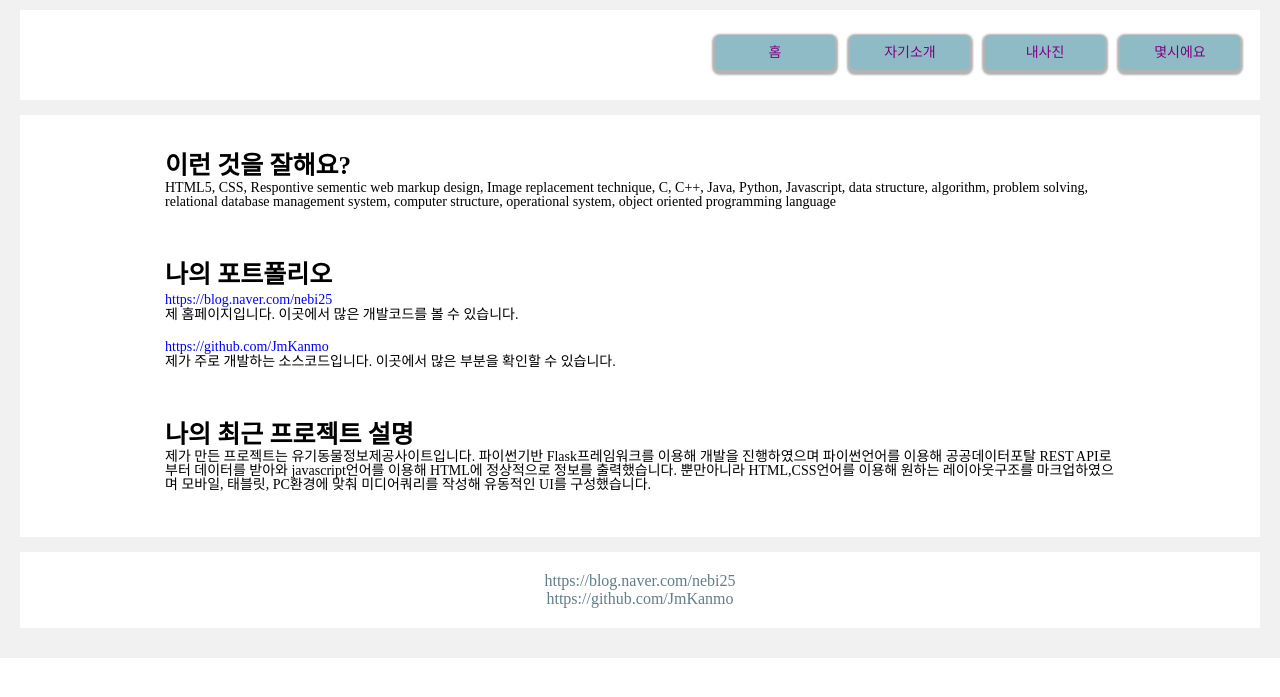
Repository: JmKanmo/BoostCourse_WebProgramming
Page: aboutme/WebContent/aboutme.html
These files come from the project's save history. The page is drawn as it stood at one moment and after the next save; the edit follows.
The browser window is 1280 px wide. The pictures show the whole page.

Above is the page before, as saved 2020-01-15 23:25:40.

After the next save:
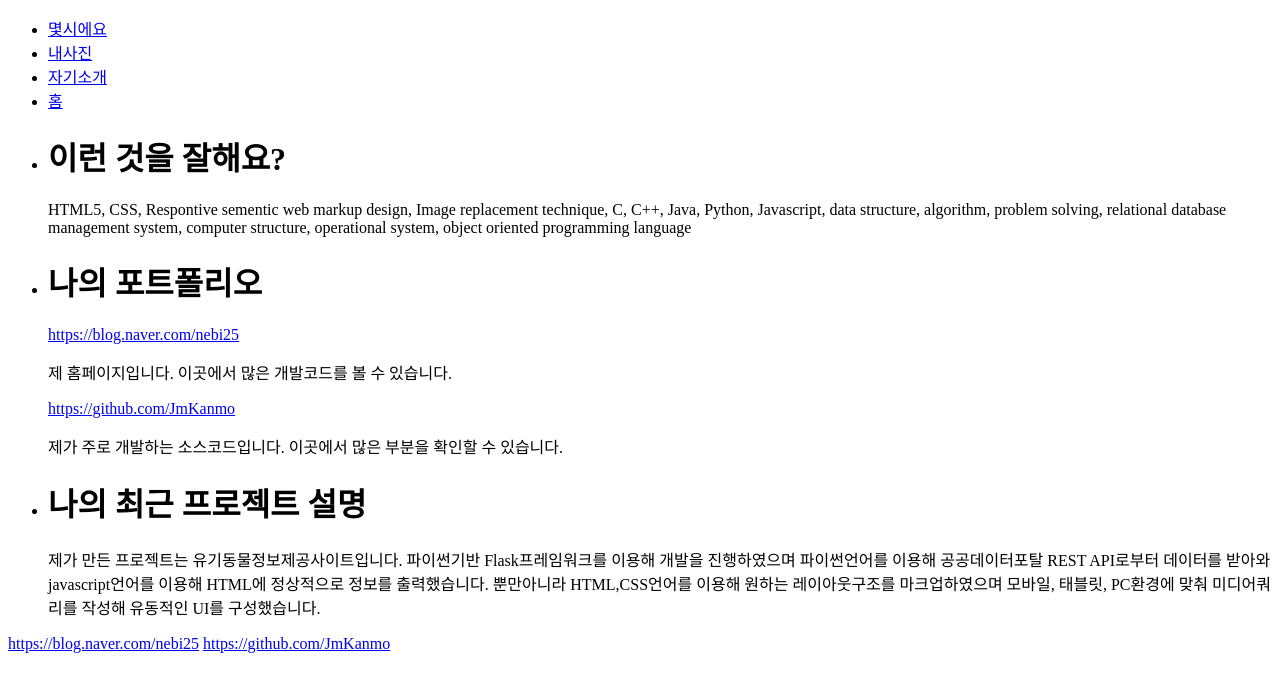
Not found: aboutme/WebContent/WebContent/css/aboutme.css
Saved 58 s later.
--- a/aboutme/WebContent/aboutme.html
+++ b/aboutme/WebContent/aboutme.html
@@ -6,7 +6,7 @@
 <meta name="viewport" content="width=device-width, initial-scale=1.0">
 <meta http-equiv="X-UA-Compatible" content="ie=edge">
 <title>자기소개 페이지</title>
-<link rel="stylesheet" href="/css/aboutme.css">
+<link rel="stylesheet" href="./WebContent/css/aboutme.css">
 
 </head>
 

After the save that followed:
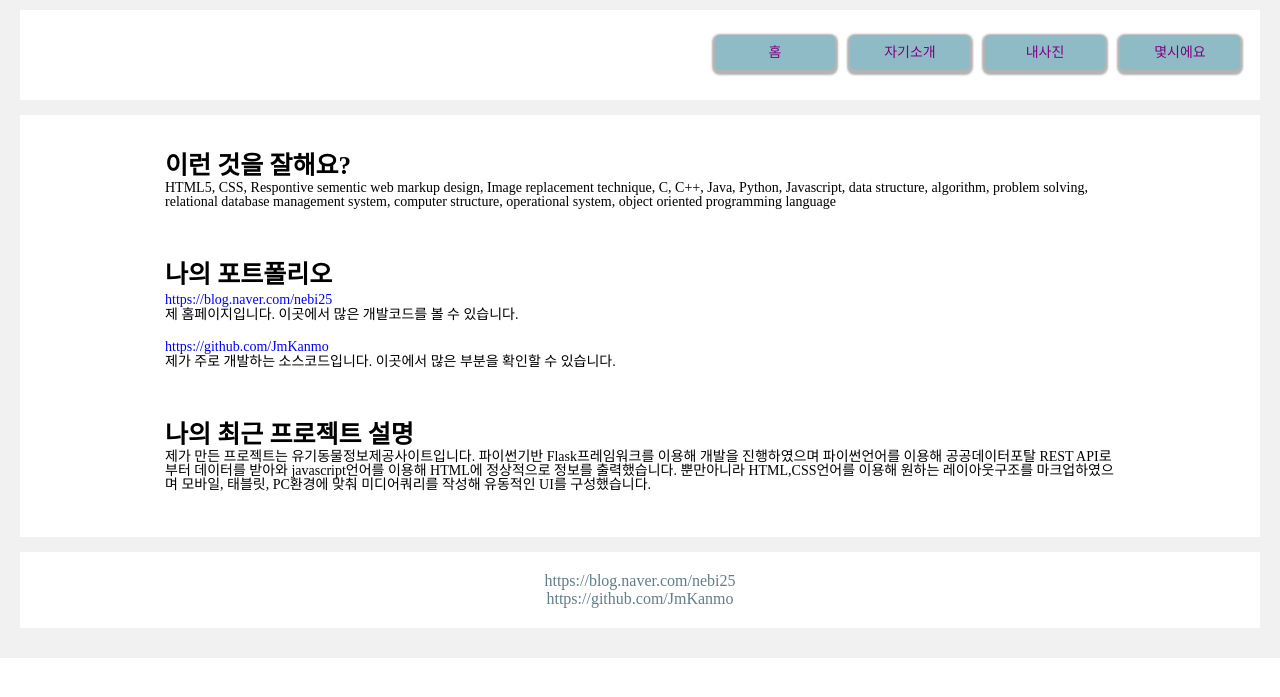
Saved 59 s later.
--- a/aboutme/WebContent/aboutme.html
+++ b/aboutme/WebContent/aboutme.html
@@ -6,7 +6,7 @@
 <meta name="viewport" content="width=device-width, initial-scale=1.0">
 <meta http-equiv="X-UA-Compatible" content="ie=edge">
 <title>자기소개 페이지</title>
-<link rel="stylesheet" href="./WebContent/css/aboutme.css">
+<link rel="stylesheet" href="./css/aboutme.css">
 
 </head>
 
